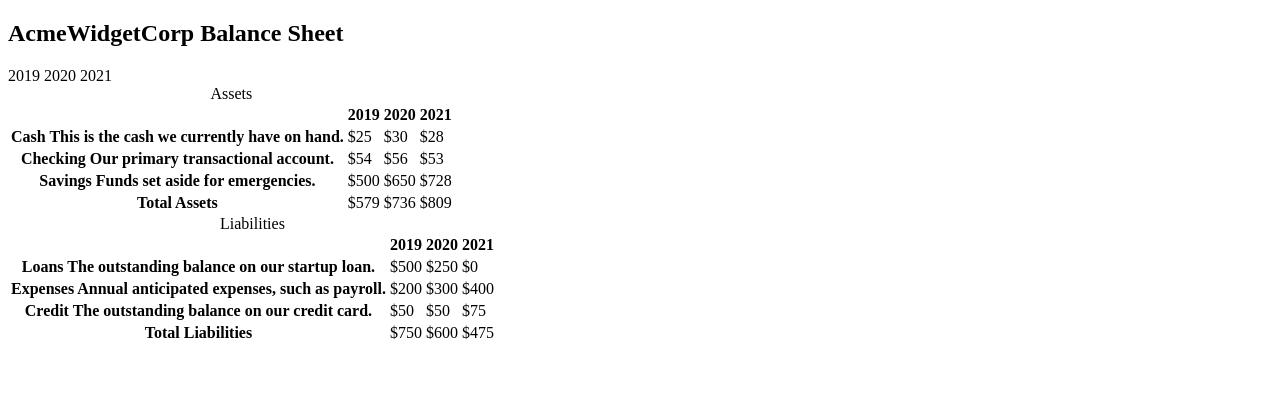
Repository: cipdanila/freeCodeCamp
Page: BalanceSheet/index.html
The author's editor kept a copy of each file at every save. The page is drawn from the files as they stood at one save, then again after the next save.
The browser window is 1280 px wide. The pictures show the whole page.

Above is the page before, as saved 2023-10-19 16:48:05.

### BalanceSheet/index.html
<!DOCTYPE html>
<html lang="en">
    <head>
        <meta charset="UTF-8" />
        <meta name="viewport" content="width=device-width, initial-scale=1.0" />
        <title>Balance Sheet</title>
        <link rel="stylesheet" href="./styles.css" />
    </head>
    <body>
        <main>
            <section>
                <h1>
                    <span class="flex">
                        <span>AcmeWidgetCorp</span>
                        <span>Balance Sheet</span>
                    </span>
                </h1>
                <div id="years" aria-hidden="true">
                    <span class="year">2019</span>
                    <span class="year">2020</span>
                    <span class="year">2021</span>
                </div>
                <div class="table-wrap">
                    <table>
                        <caption>
                            Assets
                        </caption>
                        <thead>
                            <tr>
                                <td></td>
                                <th><span class="sr-only year">2019</span></th>
                                <th><span class="sr-only year">2020</span></th>
                                <th class="current">
                                    <span class="sr-only year">2021</span>
                                </th>
                            </tr>
                        </thead>
                        <tbody>
                            <tr class="data">
                                <th>
                                    Cash
                                    <span class="description"
                                        >This is the cash we currently have on
                                        hand.</span
                                    >
                                </th>
                                <td>$25</td>
                                <td>$30</td>
                                <td class="current">$28</td>
                            </tr>
                            <tr class="data">
                                <th>
                                    Checking
                                    <span class="description"
                                        >Our primary transactional
                                        account.</span
                                    >
                                </th>
                                <td>$54</td>
                                <td>$56</td>
                                <td class="current">$53</td>
                            </tr>
                            <tr class="data">
                                <th>
                                    Savings
                                    <span class="description"
                                        >Funds set aside for emergencies.</span
                                    >
                                </th>
                                <td>$500</td>
                                <td>$650</td>
                                <td class="current">$728</td>
                            </tr>
                            <tr class="total">
                                <th>
                                    Total <span class="sr-only">Assets</span>
                                </th>
                                <td>$579</td>
                                <td>$736</td>
                                <td class="current">$809</td>
                            </tr>
                        </tbody>
                    </table>
                    <table>
                        <caption>Liabilities</caption>
                        <thead>
                            <tr>
                                <td></td>
                                <th>
                                    <span class="sr-only">2019</span>
                                </th>
                                <th>
                                    <span class="sr-only">2020</span>
                                </th>
                                <th>
                                    <span class="sr-only">2021</span>
                                </th>
                            </tr>
                        </thead>
                        <tbody>
                            <tr class="data">
                                <th>
                                    Loans
                                    <span class="description"
                                        >The outstanding balance on our startup loan.</span
                                    >
                                </th>
                                <td>$500</td>
                                <td>$250</td>
                                <td class="current">$0</td>
                            </tr>
                            <tr class="data">
                                <th>
                                    Expenses
                                    <span class="description"
                                        >Annual anticipated expenses, such as payroll.</span
                                    >
                                </th>
                                <td>$200</td>
                                <td>$300</td>
                                <td class="current">$400</td>
                            </tr>
                            <tr class="data">
                                <th>
                                    Credit
                                    <span class="description"
                                        >The outstanding balance on our credit card.</span
                                    >
                                </th>
                                <td>$50</td>
                                <td>$50</td>
                                <td class="current">$75</td>
                            </tr>
                            <tr class="total">
                                <th>
                                    Total
                                    <span class="sr-only"
                                        >Liabilities</span
                                    >
                                </th>
                                <td>$750</td>
                                <td>$600</td>
                                <td class="current">$475</td>
                            </tr>
                        </tbody>
                    </table>
                    <table></table>
                </div>
            </section>
        </main>
    </body>
</html>

Loaded but not shown: BalanceSheet/styles.css (empty)

After the next save:
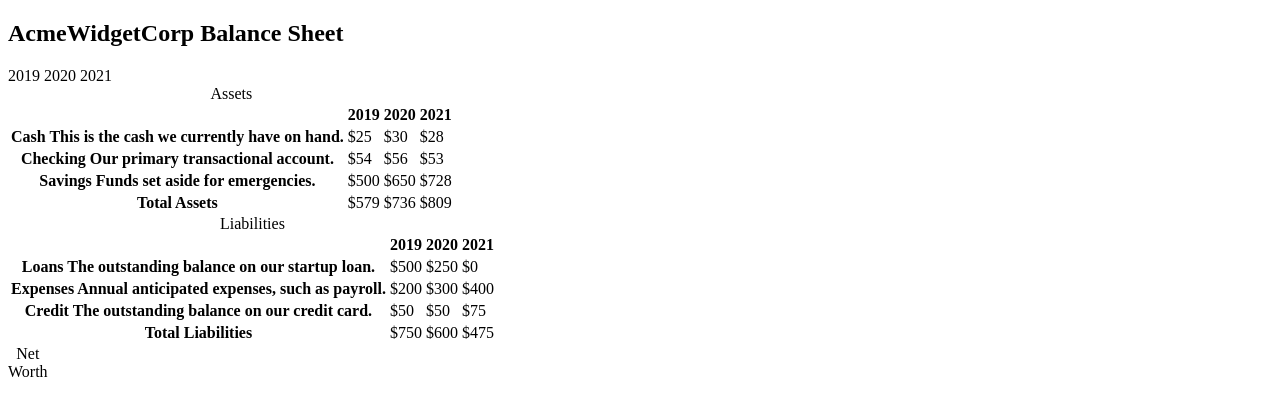
Saved 88 s later.
--- a/BalanceSheet/index.html
+++ b/BalanceSheet/index.html
@@ -144,7 +144,11 @@
                             </tr>
                         </tbody>
                     </table>
-                    <table></table>
+                    <table>
+                        <caption>Net Worth</caption>
+                        <thead></thead>
+                        <tbody></tbody>
+                    </table>
                 </div>
             </section>
         </main>
